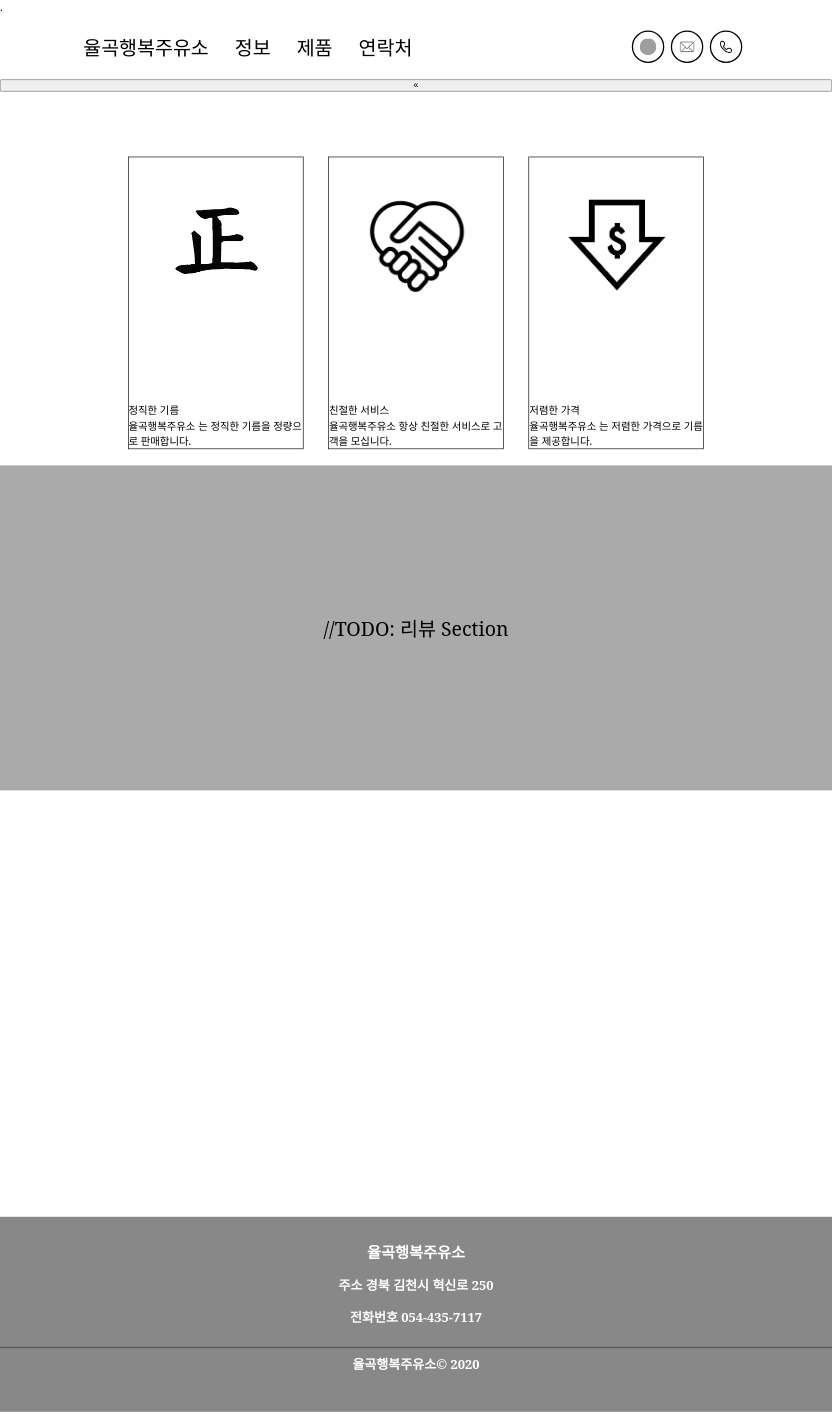
Repository: randomUser134923/pet-projects
Page: pet-projects/web1/index.html
The author's editor kept a record of every edit. The page is drawn from the files as they stood at one moment, then again after the next edit.
The browser window is 1280 px wide. The pictures show the whole page, at 65% of full size.
Pictures or frames that could not be fetched are drawn as grey boxes.

Above is the page before.

After the next edit:
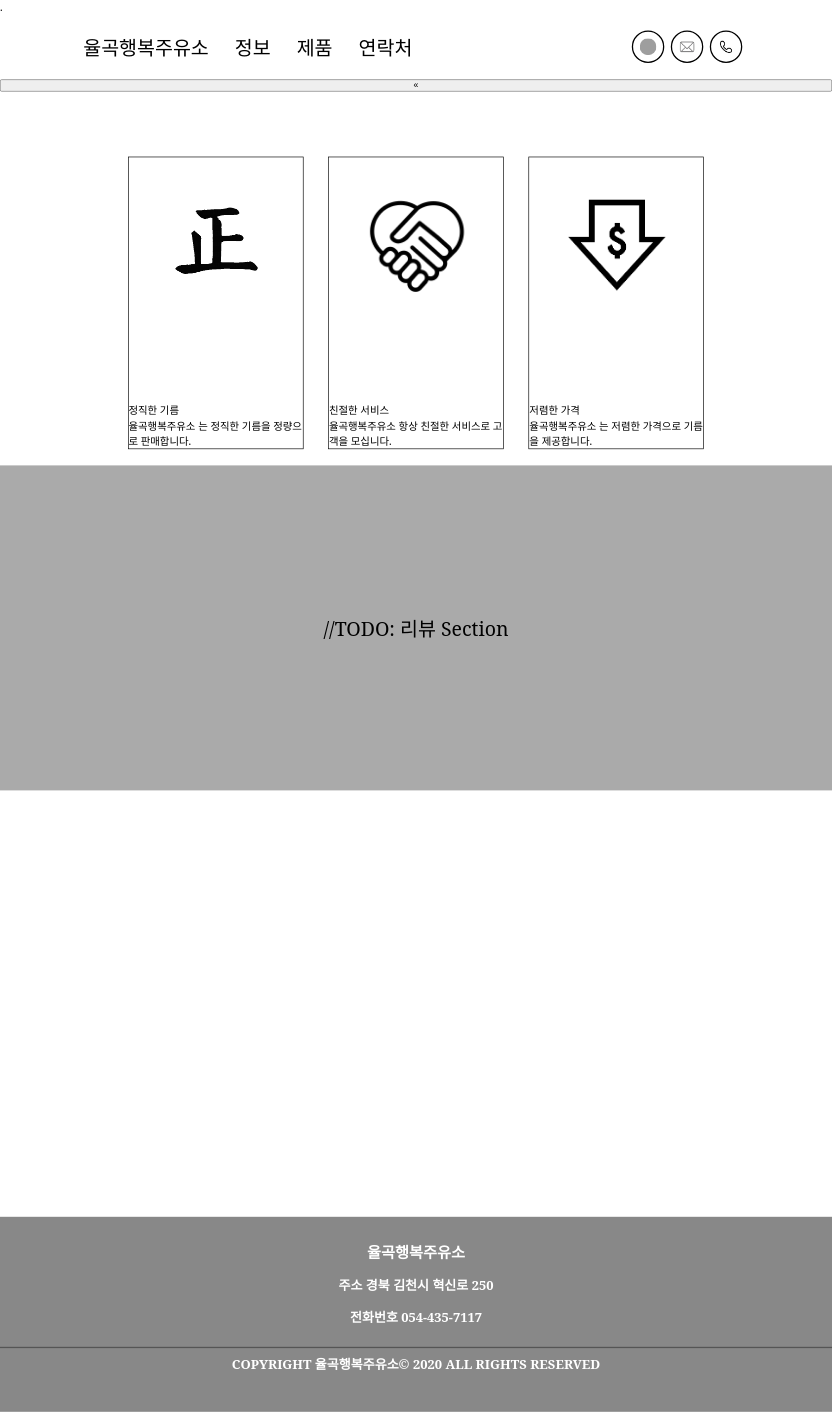
The edit:
--- a/pet-projects/web1/index.html
+++ b/pet-projects/web1/index.html
@@ -104,7 +104,7 @@
             </div>
 
             <div class="copyright">
-                <span>율곡행복주유소</span><spanw>&copy</spanw> 2020
+                COPYRIGHT <span>율곡행복주유소</span><span>&copy</span> 2020 ALL RIGHTS RESERVED
             </div>
         </footer>
     </body>
